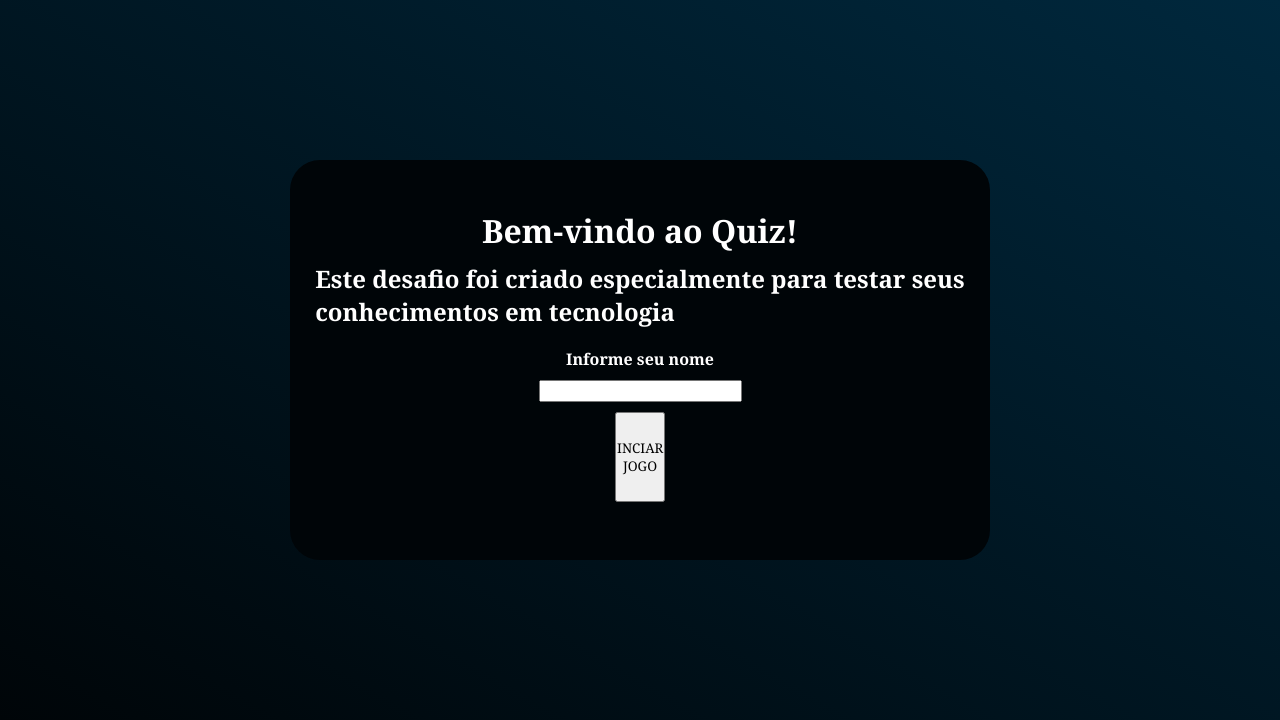
Repository: LaisSilvaO/Projeto-Quizz
Page: telas/apresentação.html
The author's editor kept a copy of each file at every save. The page is drawn from the files as they stood at one save, then again after the next save.
The browser window is 1280 px wide. The pictures show the whole page.

Above is the page before, as saved 2024-12-25 21:42:57.

### telas/apresentação.html
<!DOCTYPE html>
<html lang="pt-br">

<head>
    <meta charset="UTF-8">
    <meta name="viewport" content="width=device-width, initial-scale=1.0">
    <title>Quiz</title>
    <link rel="stylesheet" href="../img/tela.css">
</head>

<body>
    <div class="box1">
        <div class="box2">

            <h1> Bem-vindo ao Quiz!</h1>

            <h2>Este desafio foi criado especialmente para testar seus <br>conhecimentos em tecnologia</h2>
            </h2>
            <h4>Informe seu nome </h4>
            <input type="text" id="nome">
            <A href="index.html">
                <h4><button>INCIAR JOGO</button></h4>
            </A>

        </div>
    </div>

</body>

</html>

### img/tela.css
* {
  margin: 0;
  padding: 0;
  box-sizing: border-box;
  font-family: Cambria, Cochin, Georgia, Times, 'Times New Roman', serif;
}

body {
  height: 100vh;
  display: flex;
  justify-content: center;
  align-items: center;
  flex-direction: column;
  background: linear-gradient(210deg, #00283d, #000508);
}

main {
  background-color: white;
  padding: 10px;
  border-radius: 10px;
  width: 100%;
  max-width: 600px;
  min-height: 400px;
  display: flex;
  justify-content: center;
  align-items: center;
}

.box1{
  position: relative;
  width: 700px;
  height: 410px;

  border-radius: 30px;
  display: flex;
  justify-content: center;
  align-items: center;
  flex-direction: column;
  overflow: hidden;

}
.box2 {
  position: relative;
  width: 700px;
  height: 400px;
  background-color: #000508;
  border-radius: 30px;
  display: flex;
  justify-content: center;
  align-items: center;
  flex-direction: column;
  overflow: hidden;
  color: white;
}

/* Borda animada externa */
.box1::before {
  content: '';
  position: absolute;
  top: 0;
  left: 0;
  width: 100%;
  height: 100%;
  border-radius: 30px;
  border: 0px solid transparent; /* Espessura da borda aumentada */
  background-image: linear-gradient(to bottom, #157815, #93b608);
  background-size: 400%; /* Aumenta o tamanho da animação da borda */
  animation: borderAnimation 6s linear  infinite ;
  z-index: -1; /* Garante que a borda fique atrás do conteúdo */
}

@keyframes borderAnimation {
  0% {
    top: 0px;
    left: 0px;
}
25% {
    top: 0px;
    left: 700px; /* Canto superior direito */
}
50% {
    top: 0px;
    left: 0px; /* Canto inferior direito */
}
75% {
    top: 700px;
    left: 0px; /* Canto inferior esquerdo */
}
100% {
    top: 700px;
    left: 0px;  /* Retorna ao canto superior esquerdo */
}
}

h2{
  padding: 10px;
}
h4{
  padding: 10px;
}
button{
  width: 50px;
  height: 90px;
}

After the next save:
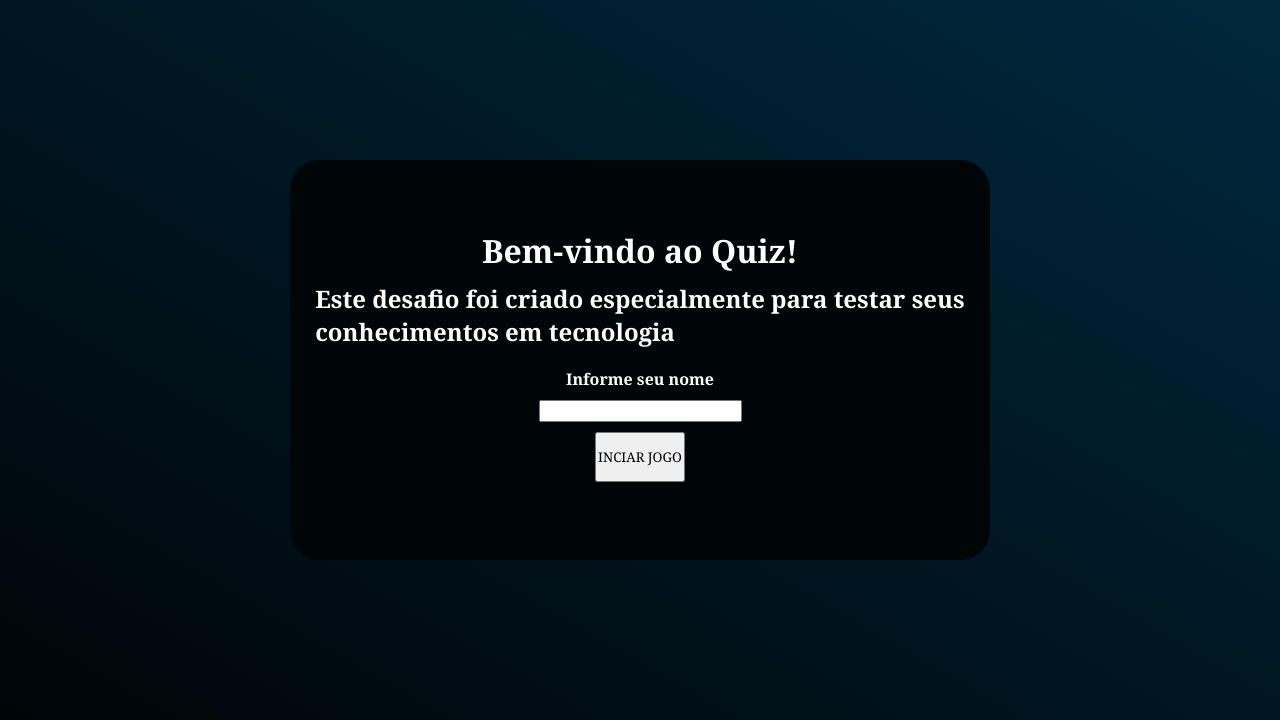
Saved 10 s later.
--- a/img/tela.css
+++ b/img/tela.css
@@ -99,6 +99,6 @@ h4{
   padding: 10px;
 }
 button{
-  width: 50px;
-  height: 90px;
+  width: 90px;
+  height: 50px;
 }
